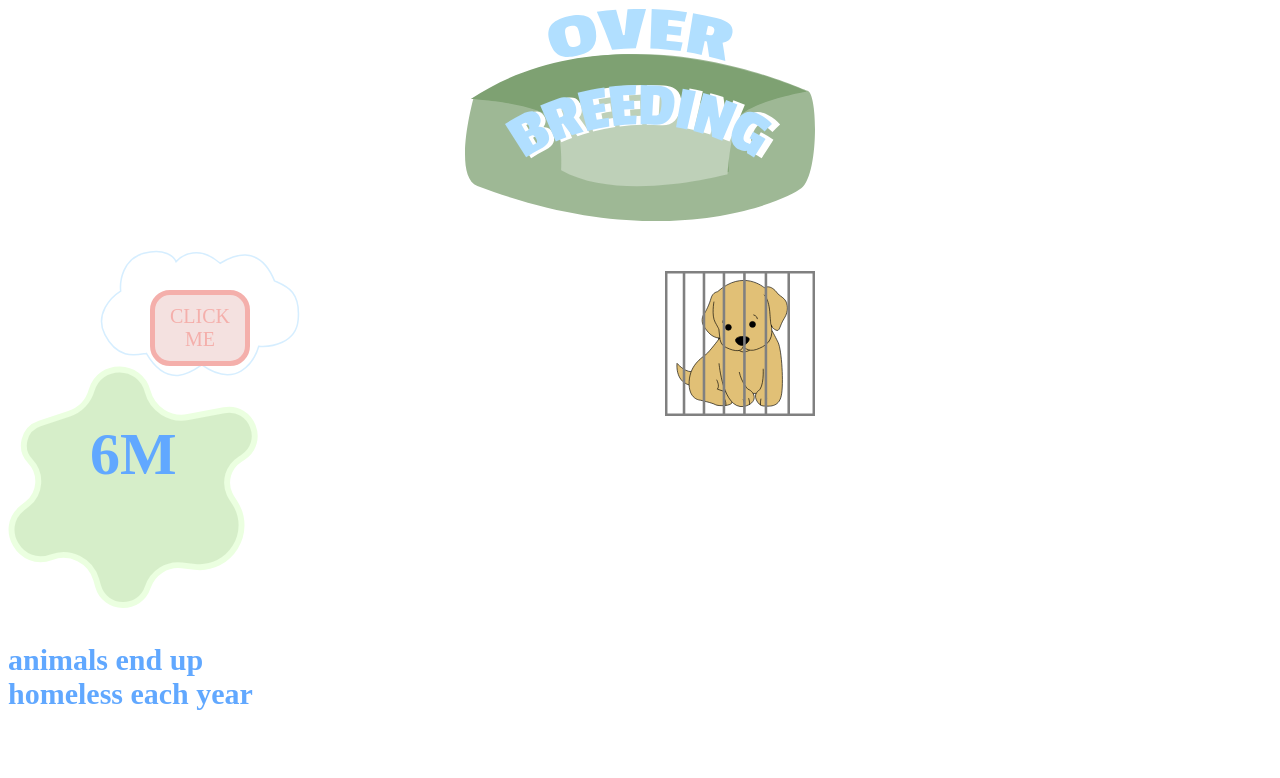
Repository: SoleilDagneau/MDIA2109Midterm
Page: index.html
An editor plug-in stored every save of this project. The page is shown before and after the next save, followed by the edit.
The browser window is 1280 px wide. The pictures show the whole page.
Some web fonts or font styles are not loaded; a fallback is used.

Above is the page before, as saved 2022-03-02 21:02:26.

### index.html
<!DOCTYPE html>
<html lang="en">
<head>
    <meta charset="UTF-8">
    <meta http-equiv="X-UA-Compatible" content="IE=edge">
    <meta name="viewport" content="width=device-width, initial-scale=1.0">
    <title>Animal Cruelty</title>

    <link href="styles.css" rel="stylesheet">

    <link rel="preconnect" href="https://fonts.googleapis.com">
    <link rel="preconnect" href="https://fonts.gstatic.com" crossorigin>
    <link href="https://fonts.googleapis.com/css2?family=Passion+One:wght@400;700&display=swap" rel="stylesheet">

    <script src="utils/speechbubble.js"></script>
    <script src="utils/clickbubble.js"></script>
    <script src="utils/squarecard.js"></script>
    <script src="utils/blobcard.js"></script>

</head>
<body>

<div class="overbreeding">

    <div class="conttitle">

        <img class="obtitle" src="imgs/overbreeding.svg" alt="overbreeding title">
    </div>
    <div class="contcage">
        <img class="cage" src="imgs/dogincage.svg" alt="dog in cage img">
        <the-clickbubble class="dogtext" desc_text="CLICK ME"></the-clickbubble>
    </div>
    <div class="contblob">
        <the-blobcard blob_text="6M"></the-blobcard>
    </div>











</div>

</body>
</html>

### styles.css

.obtitle{
    width:350px;
    display: flex;
    position:relative;
    margin: auto;
}
.cage{
    width:150px;
    display: flex;
    position: relative;
    left: 100px;
    top: 50px;
    margin: auto;
}
.dogtext{
    display: flex;
    position:absolute;
    top:250px;
    left:100px;
}

### utils/speechbubble.js
//MUST HAVE - CREATE A TEMPLATE TAG
var template_speechbub = document.createElement("template"); //<template> </template> RULE

//To-do - CREATE THE UI HERE!
template_speechbub.innerHTML = `

<style>
    #next_button {
        background-color:#61A8FF;
        border:3px solid #AFDDFF;
        border-radius: 10px;
        font-family: 'passion one', cursive;
        color: white;
        font-size:20px;
        margin:65px;
        display:flex;
        position:absolute;
        top:45px;
        left: 30px;

    }
    #speech_bubble{
        width:250px;
        display:flex;
        position:relative;

    }

</style>
<div id="cloud">
    <img id="speech_bubble" src="imgs/cloud.svg" alt=""/>
        <button id="next_button">
            next...
         </button>
</div>

`;

//MUST HAVE - CREATE A CLASS WITH HTMLELEMENT POWERS (interfaces/functionalities)
class TheSpeechBubble extends HTMLElement {

    //MUST HAVE - CREATE A CONSTRUCTOR TO DO INITAL ASSOCIATIONS
    constructor(){
        super(); //pass on the HTMLElement super powers!
        this.attachShadow({mode:"open"}) //Attach it to the shadowRoot

        //To-do - CREATE THE STATES FOR THE UI HERE!
    }

    //MUST HAVE - FUNCTION THAT RUNS AFTER IT'S CONNECTED
    connectedCallback(){
        this.shadowRoot.appendChild(template_speechbub.content.cloneNode(true));
        this.shadowRoot.querySelector("#next_button").innerText = this.getAttribute("button_text"); //use the template to make a clone
    }

    //To-do - CREATE THE FUNCTIONALITIES HERE!
}

//MUST HAVE - define the tag for the custom elements
customElements.define("the-speechbubble", TheSpeechBubble)

### utils/clickbubble.js
//MUST HAVE - CREATE A TEMPLATE TAG
var template_clickbubble = document.createElement("template"); //<template> </template> RULE

//To-do - CREATE THE UI HERE!
template_clickbubble.innerHTML = `

<style>
    #desc_text {
        font-family:'passion one', cursive;
        color: #F4AFAB;
        font-size:20px;
        padding: 10px;
        background-color:#F4E1E0;
        border: 5px solid #F4AFAB;
        border-radius: 20px;
        position: absolute;
        display:flex;
        justify-content:center;
        top:-10px;

        margin:50px;
    }
    img{
        width: 200px;
    }
    #click_bubble{
        display:flex;
    }
</style>
<div id="click_bubble">
    <img src="imgs/cloud.svg" alt="cloud svg"/>
        <button id="desc_text">
            CLICK ME
        </button>
</div>

`;

//MUST HAVE - CREATE A CLASS WITH HTMLELEMENT POWERS (interfaces/functionalities)
class TheClickBubble extends HTMLElement {

    //MUST HAVE - CREATE A CONSTRUCTOR TO DO INITAL ASSOCIATIONS
    constructor(){
        super(); //pass on the HTMLElement super powers!
        this.attachShadow({mode:"open"}) //Attach it to the shadowRoot

        //To-do - CREATE THE STATES FOR THE UI HERE!
    }

    //MUST HAVE - FUNCTION THAT RUNS AFTER IT'S CONNECTED
    connectedCallback(){
        this.shadowRoot.appendChild(template_clickbubble.content.cloneNode(true));
        this.shadowRoot.querySelector("#desc_text").innerText = this.getAttribute("desc_text"); //use the template to make a clone
    }

    //To-do - CREATE THE FUNCTIONALITIES HERE!
}

//MUST HAVE - define the tag for the custom elements
customElements.define("the-clickbubble", TheClickBubble)

### utils/squarecard.js
//MUST HAVE - CREATE A TEMPLATE TAG
var template_scard = document.createElement("template"); //<template> </template> RULE

//To-do - CREATE THE UI HERE!
template_scard.innerHTML = `

<style>
    #info_card {
        background-color:#EBB2AD;
        width: 175px;
        height:175px;
        border: 15px solid #F4E1E0;
        border-radius: 50px;
        margin: 2rem;
    }
    #info_text {
        display:flex;
        justify-content:center;
        font-size:18px;
        font-family: 'nunito', sans-serif;
        color: white;
        padding: 10px;

    }
</style>
<div id="info_card">
    <p id="info_text">info text</p>
</div>
`;

//MUST HAVE - CREATE A CLASS WITH HTMLELEMENT POWERS (interfaces/functionalities)
class TheSquareCard extends HTMLElement {

    //MUST HAVE - CREATE A CONSTRUCTOR TO DO INITAL ASSOCIATIONS
    constructor(){
        super(); //pass on the HTMLElement super powers!
        this.attachShadow({mode:"open"}) //Attach it to the shadowRoot

        //To-do - CREATE THE STATES FOR THE UI HERE!
    }

    //MUST HAVE - FUNCTION THAT RUNS AFTER IT'S CONNECTED
    connectedCallback(){
        this.shadowRoot.appendChild(template_scard.content.cloneNode(true));
        this.shadowRoot.querySelector("#info_text").innerText = this.getAttribute("info_text"); //use the template to make a clone
    }

    //To-do - CREATE THE FUNCTIONALITIES HERE!
}

//MUST HAVE - define the tag for the custom elements
customElements.define("the-squarecard", TheSquareCard)

### utils/blobcard.js
//MUST HAVE - CREATE A TEMPLATE TAG
var template_bcard = document.createElement("template"); //<template> </template> RULE

//To-do - CREATE THE UI HERE!
template_bcard.innerHTML = `

<style>
    #blob_text {
        font-family:'passion one', cursive;
        font-size:60px;
        color:#61A8FF;
        position:absolute;
        text-align:center;
        top:380px;
        left:90px;
    }
    .blob_subtext{
        font-size:30px;
        color:#61A8FF;
        font-family:'passion one', cursive;
        display:block;
        position:
    }
    #the_blobcard{
        width:250px;
    }
</style>
<div class="container">
    <div id="the_blobcard">
        <img id="" src="imgs/blob.svg" alt=""/>
            <h1 id="blob_text">
                blob text
            </h1>
            <h3 class="blob_subtext">
                animals end up homeless each year
    </div>  </h3>
</div>
`;

//MUST HAVE - CREATE A CLASS WITH HTMLELEMENT POWERS (interfaces/functionalities)
class TheBlobCard extends HTMLElement {

    //MUST HAVE - CREATE A CONSTRUCTOR TO DO INITAL ASSOCIATIONS
    constructor(){
        super(); //pass on the HTMLElement super powers!
        this.attachShadow({mode:"open"}) //Attach it to the shadowRoot

        //To-do - CREATE THE STATES FOR THE UI HERE!
    }

    //MUST HAVE - FUNCTION THAT RUNS AFTER IT'S CONNECTED
    connectedCallback(){
        this.shadowRoot.appendChild(template_bcard.content.cloneNode(true));
        this.shadowRoot.querySelector("#blob_text").innerText = this.getAttribute("blob_text");
         //use the template to make a clone
    }

    //To-do - CREATE THE FUNCTIONALITIES HERE!
}

//MUST HAVE - define the tag for the custom elements
customElements.define("the-blobcard", TheBlobCard)

After the next save:
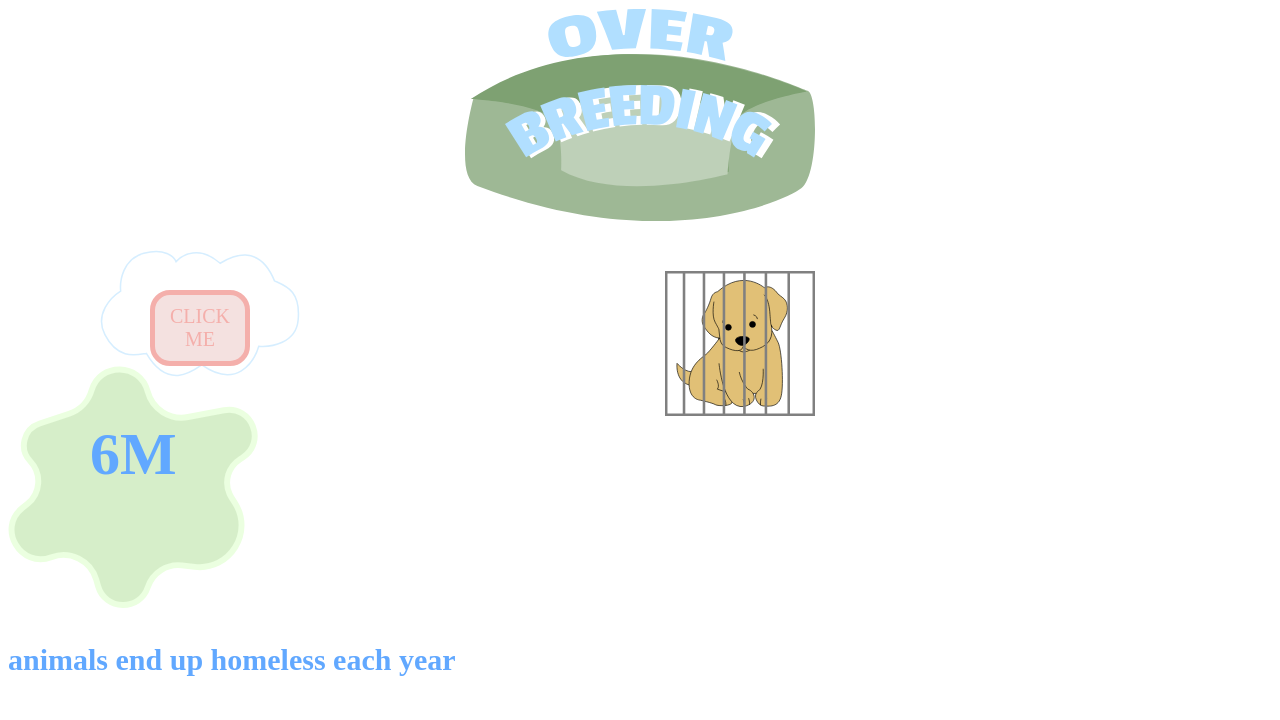
Saved 7 s later.
--- a/utils/blobcard.js
+++ b/utils/blobcard.js
@@ -19,7 +19,7 @@
         color:#61A8FF;
         font-family:'passion one', cursive;
         display:block;
-        position:
+        position:absolute;
     }
     #the_blobcard{
         width:250px;

After the save that followed:
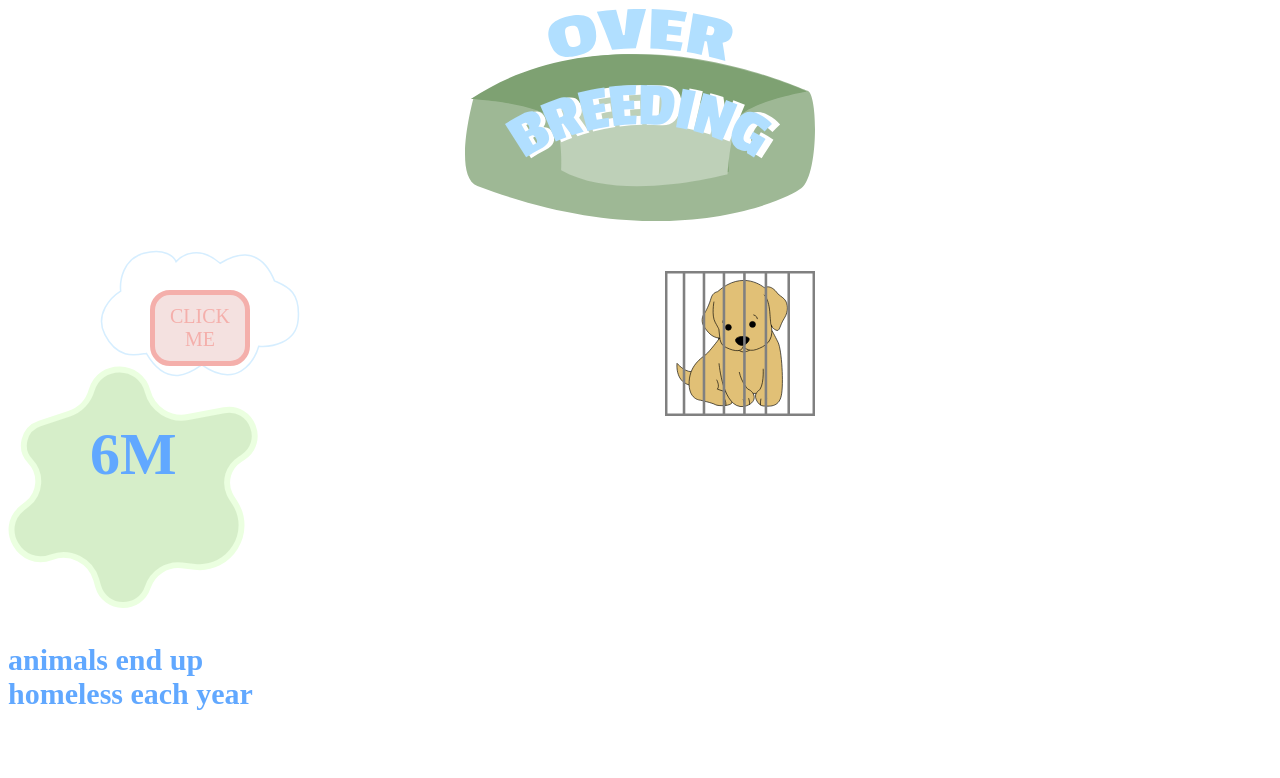
Saved 4 s later.
--- a/utils/blobcard.js
+++ b/utils/blobcard.js
@@ -19,7 +19,7 @@
         color:#61A8FF;
         font-family:'passion one', cursive;
         display:block;
-        position:absolute;
+        position:relative;
     }
     #the_blobcard{
         width:250px;
